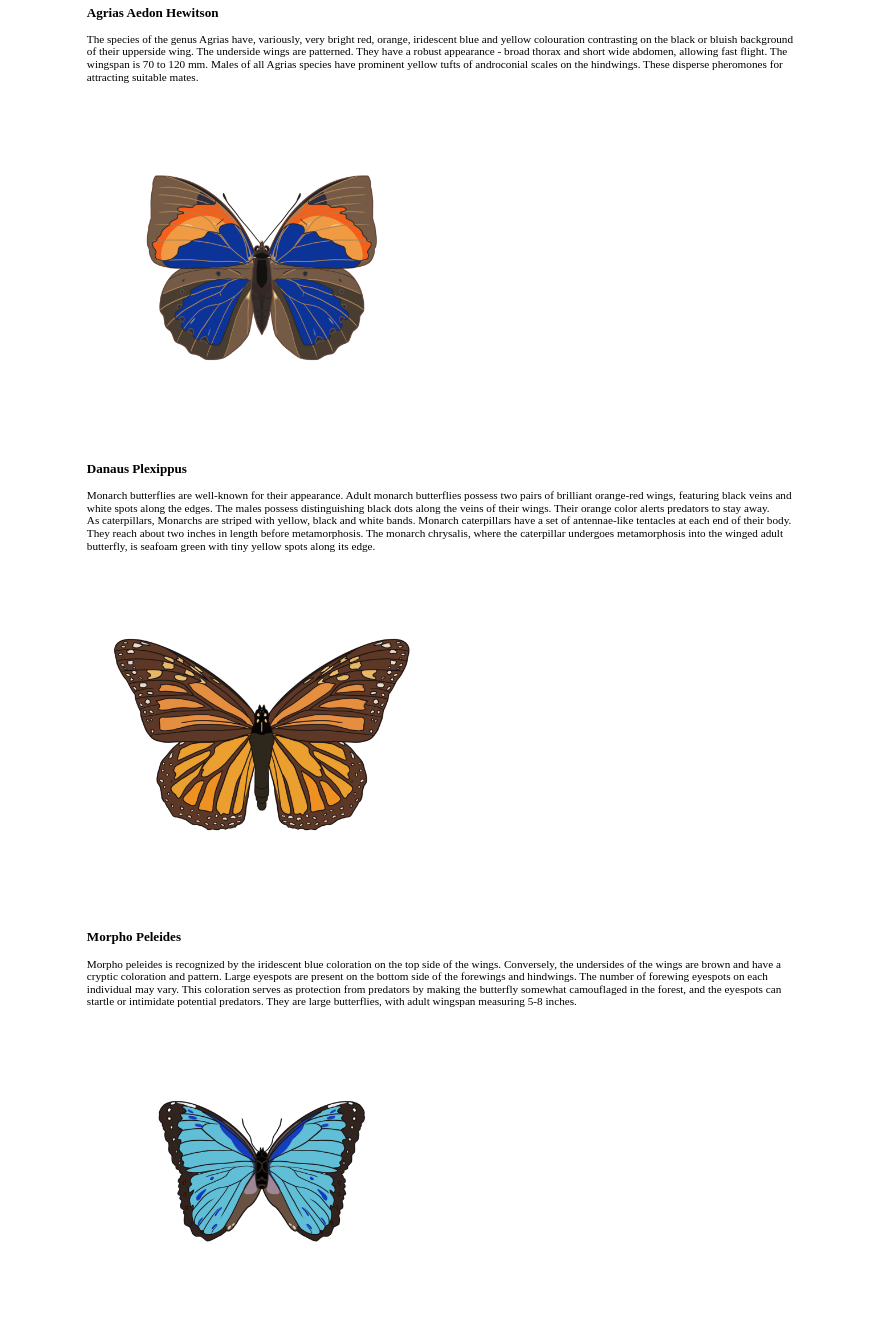
Repository: MeowCeline00/assessment-2
Page: /
These files come from the project's save history. The page is drawn as it stood at one moment and after the next save; the edit follows.
The browser window is 1280 px wide. The pictures show the part of the page from y = 873 to 2793 px (the page is 5878 px tall before and 6406 px after), at 70% of full size.
The project was rebuilt for these pictures with package versions that can differ from the ones it lists, and the page was loaded fresh each time. The framework's server and built-in components were replaced by stand-ins that run in the browser. Also part of the build but not shown: next.config.mjs.

Above is the page before, as saved 2024-02-07 23:30:52.

After the next save:
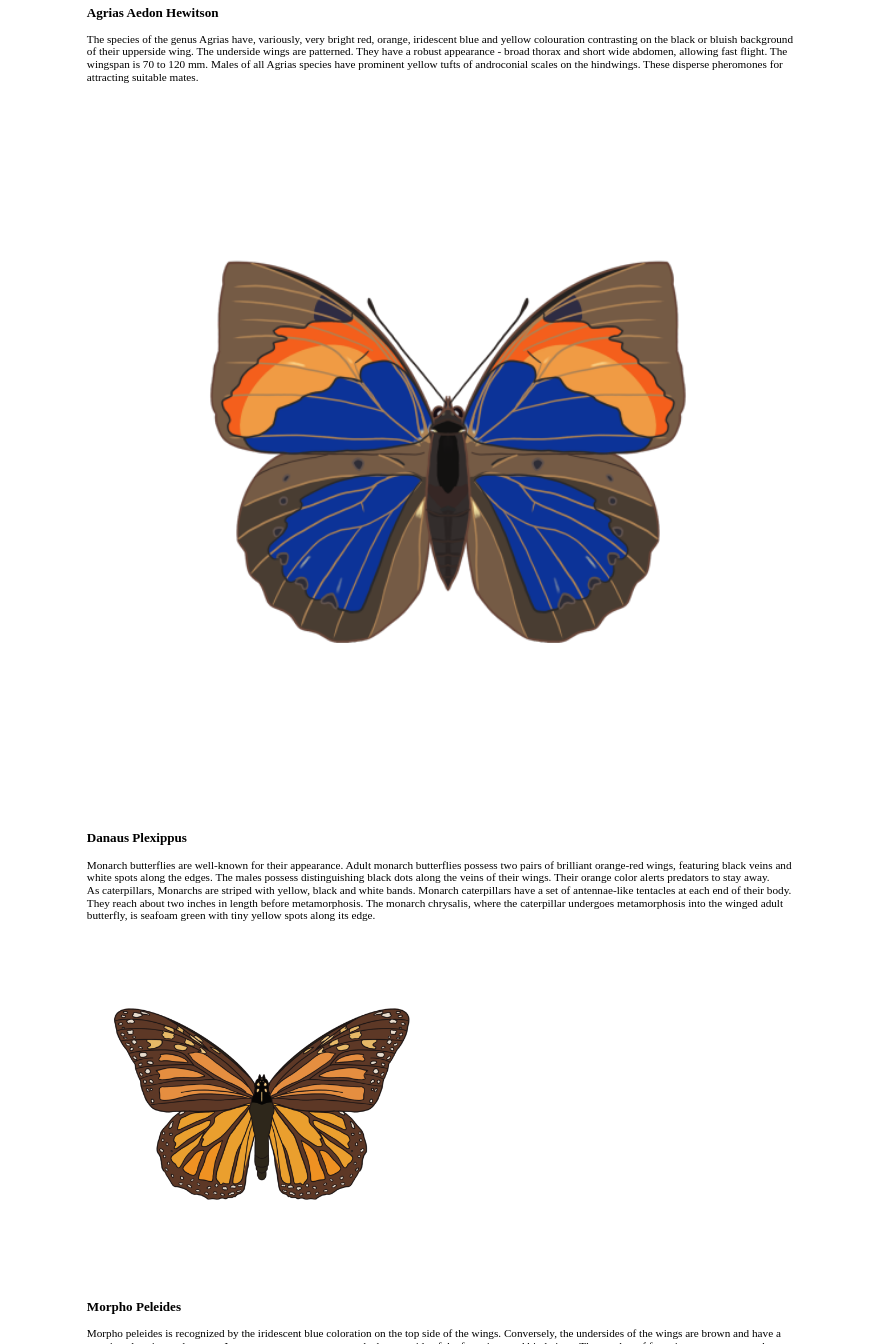
Saved 28 s later.
--- a/Components/Contents/index.js
+++ b/Components/Contents/index.js
@@ -22,7 +22,7 @@ export default function Contents() {
                     The wingspan is 70 to 120 mm. Males of all Agrias species have prominent yellow tufts of androconial scales on the hindwings.
                     These disperse pheromones for attracting suitable mates.</p>
                 </div>
-                <div className={styles.butterfly1Pic}>
+                <div className={styles.butterflyPic}>
                 <img src={"/agrias_aedon_hewitson.png"} alt="Agrias Aedon Hewitson" width={500} />
                 </div>
                 </div>
